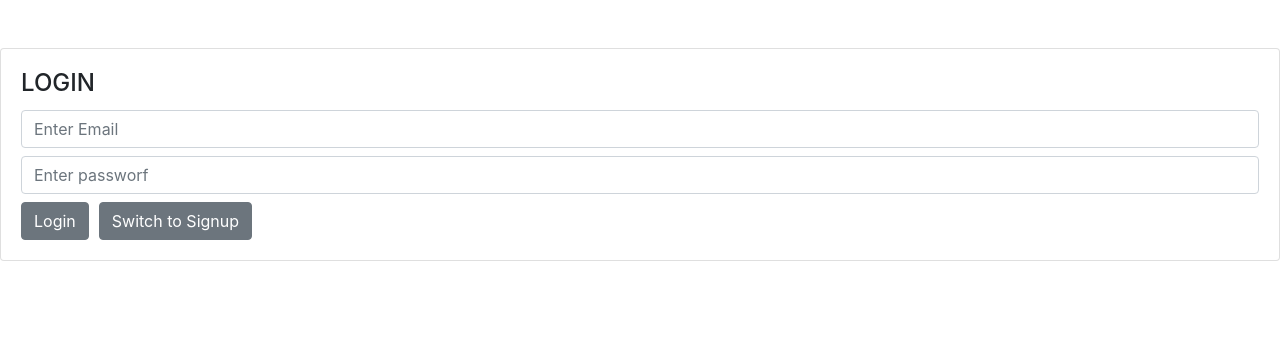
Repository: hosseinemami1370/iranicard
Page: /auth
An editor plug-in stored every save of this project. The page is shown before and after the next save, followed by the edit.
The browser window is 1280 px wide. The pictures show the whole page.
The project was rebuilt for these pictures with package versions that can differ from the ones it lists, and the page was loaded fresh each time. The framework's server and built-in components were replaced by stand-ins that run in the browser. Also part of the build but not shown: nuxt.config.js, components/Header.vue, components/Logo.vue, components/UI/AppButton.vue, components/navigation/Header.vue, layouts/admin.vue, layouts/error.vue, layouts/header.vue.

Above is the page before, as saved 2021-03-13 15:33:17.

### layouts/default.vue
<template>
  <div>
    <!-- <Header /> -->
    <Nuxt />
  </div>
</template>
<script>
// import Header from '@/components/navigation/Header'
//  export default {
//    components:{
//      Header
//    }
//  }

// </script>

<style>
html {
  font-family:
    'Source Sans Pro',
    -apple-system,
    BlinkMacSystemFont,
    'Segoe UI',
    Roboto,
    'Helvetica Neue',
    Arial,
    sans-serif;
  font-size: 16px;
  word-spacing: 1px;
  -ms-text-size-adjust: 100%;
  -webkit-text-size-adjust: 100%;
  -moz-osx-font-smoothing: grayscale;
  -webkit-font-smoothing: antialiased;
  box-sizing: border-box;
}

*,
*::before,
*::after {
  box-sizing: border-box;
  margin: 0;
}

.button--green {
  display: inline-block;
  border-radius: 4px;
  border: 1px solid #3b8070;
  color: #3b8070;
  text-decoration: none;
  padding: 10px 30px;
}

.button--green:hover {
  color: #fff;
  background-color: #3b8070;
}

.button--grey {
  display: inline-block;
  border-radius: 4px;
  border: 1px solid #35495e;
  color: #35495e;
  text-decoration: none;
  padding: 10px 30px;
  margin-left: 15px;
}

.button--grey:hover {
  color: #fff;
  background-color: #35495e;
}
</style>

### pages/auth/index.vue
<template>
  <b-card title="LOGIN" style="max-with:10rem" class="admin-auth-page mt-5">
      <b-form @submit.prevent="onSubmite">
          <b-form-input class="auth-container" id="email" v-model="email" placeholder="Enter Email">

          </b-form-input>
          <b-form-input class="mt-2" id="password" v-model="password" placeholder="Enter passworf">

          </b-form-input>
          <div class="mt-2">
              <b-button type="submit" >{{ isLogin ? 'Login' : 'Sign Up' }}</b-button>
              <b-button type="bottun" style="margin-left:10px" @click="isLogin = !isLogin">Switch to {{ isLogin ? 'Signup' : 'Login' }}</b-button>
          </div>
      </b-form>
  </b-card>
</template>

<script>
export default {
data() {
    return {
      isLogin: true,
      email:'',
      password:''
    }
}
}
</script>

<style>

</style>

After the next save:
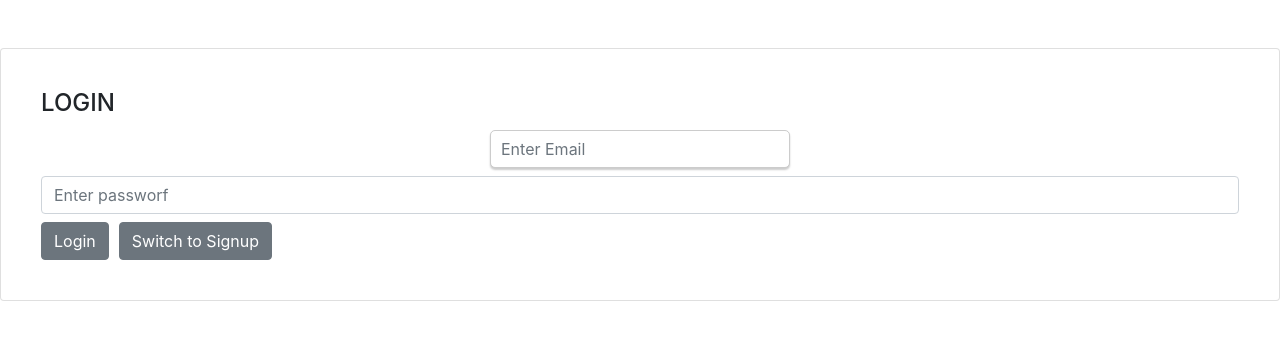
Saved 39 s later.
--- a/pages/auth/index.vue
+++ b/pages/auth/index.vue
@@ -27,6 +27,18 @@
 }
 </script>
 
-<style>
+<style scoped>
+    .admin-auth-page {
+  padding: 20px;
+}
 
+.auth-container {
+  border: 1px solid #ccc;
+  border-radius: 5px;
+  box-shadow: 0 2px 2px #ccc;
+  width: 300px;
+  margin: auto;
+  padding: 10px;
+  box-sizing: border-box;
+}
 </style>
